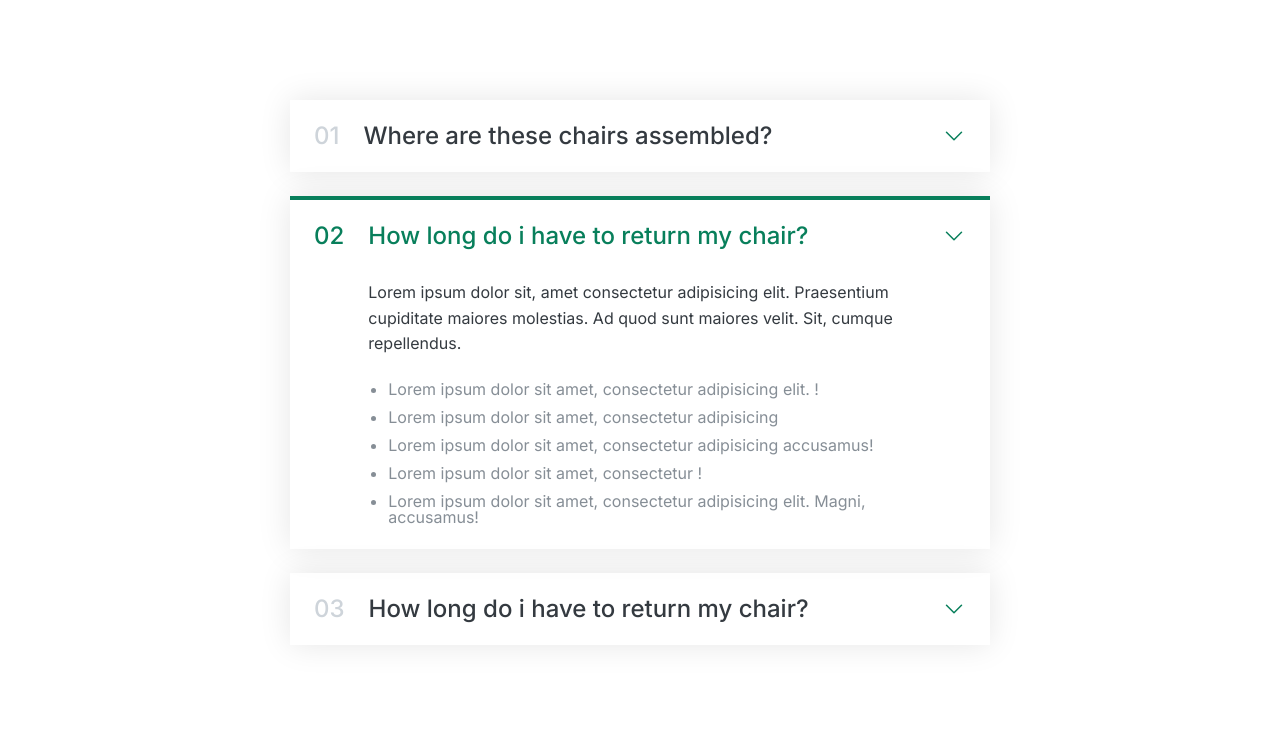
Repository: sunny070/CSS
Page: HTML and CSS some of the important components/01_accordion.html
An editor plug-in stored every save of this project. The page is shown before and after the next save, followed by the edit.
The browser window is 1280 px wide. The pictures show the whole page.

Above is the page before, as saved 2023-11-20 13:09:19.

### HTML and CSS some of the important components/01_accordion.html
<!DOCTYPE html>
<html lang="en">
  <head>
    <meta charset="UTF-8" />
    <meta name="viewport" content="width=device-width, initial-scale=1.0" />
    <title>Accordion Components</title>
    <link
      href="https://fonts.googleapis.com/css2?family=Inter:wght@400;500;700&display=swap"
      rel="stylesheet"
    />
    <style>
      /*
    SPACING SYSTEM (px)
    2 / 4 / 8 / 12 / 16 / 24 / 32 / 48 / 64 / 80 / 96 / 128

    FONT SIZE SYSTEM (px)
    10 / 12 / 14 / 16 / 18 / 20 / 24 / 30 / 36 / 44 / 52 / 62 / 74 / 86 / 98
    */

      /*
    MAIN COLOR: #087f5b
    GREY COLOR: #343a40
    */

      * {
        margin: 0;
        padding: 0;
        box-sizing: border-box;
      }

      /* ------------------------ */
      /* GENERAL STYLES */
      /* ------------------------ */
      body {
        font-family: "Inter", sans-serif;
        color: #343a40;
        line-height:1;
      }
      .accordion
      {
        width:700px;
        margin: 100px auto;
        display: flex;
        flex-direction: column;
        gap: 24px;

      }
      .item{
        box-shadow: 0 0 32px rgba(0,0,0,0.1);
        padding: 24px;
        display: grid;
        grid-template-columns: auto 1fr auto;
        column-gap:24px;
        row-gap: 32px;
        align-items:center;
      }
      .number ,.text{
        font-size: 24px;
        font-weight: 500;

      }
      .number{
        color:#ced4da;
      }

      .icon{
        width: 24px;
        height: 24px;
        stroke: #087f5b;
      }
      .hidden-box{
        grid-column: 2;
        display: none;
      }
      .hidden-box p{
        line-height: 1.6;
        margin-bottom: 24px;
      }
      .hidden-box ul{
        color:#868e96;
        margin-left: 20px;
        display:flex;
        flex-direction: column;
        gap: 12px;

      }
      .open{
        border-top: 4px solid #087f5b;
      }
      .open .hidden-box{
        display: block ;
      }
      .open .number, .open .text{
        color:#087f5b;
      }
      /* .hidden-box li{
        margin-bottom: 12px;
      } */
    </style>
  </head>
  <body>
    <div class="accordion">
      <div class="item">
      <p class="number"> 01</p>
      <p class="text">Where are these chairs assembled?</p>
      <svg class="icon" xmlns="http://www.w3.org/2000/svg" fill="none" viewBox="0 0 24 24" stroke-width="1.5" stroke="currentColor" class="w-6 h-6">
        <path stroke-linecap="round" stroke-linejoin="round" d="M19.5 8.25l-7.5 7.5-7.5-7.5" />
      </svg>
      <div class="hidden-box">
        <p>Lorem ipsum dolor sit, amet consectetur adipisicing elit. Praesentium cupiditate maiores molestias. Ad quod sunt maiores velit. Sit, cumque repellendus.</p>
        <ul>
          <li>Lorem ipsum dolor sit amet, consectetur adipisicing elit. !</li>
          <li>Lorem ipsum dolor sit amet, consectetur adipisicing</li>
          <li>Lorem ipsum dolor sit amet, consectetur adipisicing  accusamus!</li>
          <li>Lorem ipsum dolor sit amet, consectetur !</li>
          <li>Lorem ipsum dolor sit amet, consectetur adipisicing elit. Magni, accusamus!</li>

        </ul>
      </div>
      </div>


  <div class="item open">
  <p class="number"> 02</p>
  <p class="text">How long do i have to return my chair?</p>
  <svg class="icon" xmlns="http://www.w3.org/2000/svg" fill="none" viewBox="0 0 24 24" stroke-width="1.5" stroke="currentColor" class="w-6 h-6">
    <path stroke-linecap="round" stroke-linejoin="round" d="M19.5 8.25l-7.5 7.5-7.5-7.5" />
  </svg>
  <div class="hidden-box">
    <p>Lorem ipsum dolor sit, amet consectetur adipisicing elit. Praesentium cupiditate maiores molestias. Ad quod sunt maiores velit. Sit, cumque repellendus.</p>
    <ul>
      <li>Lorem ipsum dolor sit amet, consectetur adipisicing elit. !</li>
      <li>Lorem ipsum dolor sit amet, consectetur adipisicing</li>
      <li>Lorem ipsum dolor sit amet, consectetur adipisicing  accusamus!</li>
      <li>Lorem ipsum dolor sit amet, consectetur !</li>
      <li>Lorem ipsum dolor sit amet, consectetur adipisicing elit. Magni, accusamus!</li>

    </ul>
  </div>
  </div>


  <div class="item">
  <p class="number"> 03</p>
  <p class="text">How long do i have to return my chair?</p>
  <svg class="icon" xmlns="http://www.w3.org/2000/svg" fill="none" viewBox="0 0 24 24" stroke-width="1.5" stroke="currentColor" class="w-6 h-6">
    <path stroke-linecap="round" stroke-linejoin="round" d="M19.5 8.25l-7.5 7.5-7.5-7.5" />
  </svg>
  <div class="hidden-box">
    <p>Lorem ipsum dolor sit, amet consectetur adipisicing elit. Praesentium cupiditate maiores molestias. Ad quod sunt maiores velit. Sit, cumque repellendus.</p>
    <ul>
      <li>Lorem ipsum dolor sit amet, consectetur adipisicing elit. !</li>
      <li>Lorem ipsum dolor sit amet, consectetur adipisicing</li>
      <li>Lorem ipsum dolor sit amet, consectetur adipisicing  accusamus!</li>
      <li>Lorem ipsum dolor sit amet, consectetur !</li>
      <li>Lorem ipsum dolor sit amet, consectetur adipisicing elit. Magni, accusamus!</li>

    </ul>
  </div>
  </div>

</div>


<!-- <script>
  const btn = document.querySelector('.icon');
  const change = document.querySelector('.text')

  btn.addEventListener('click',function(){
    change.add('open');
  })
</script> -->
  </body>
</html>

After the next save:
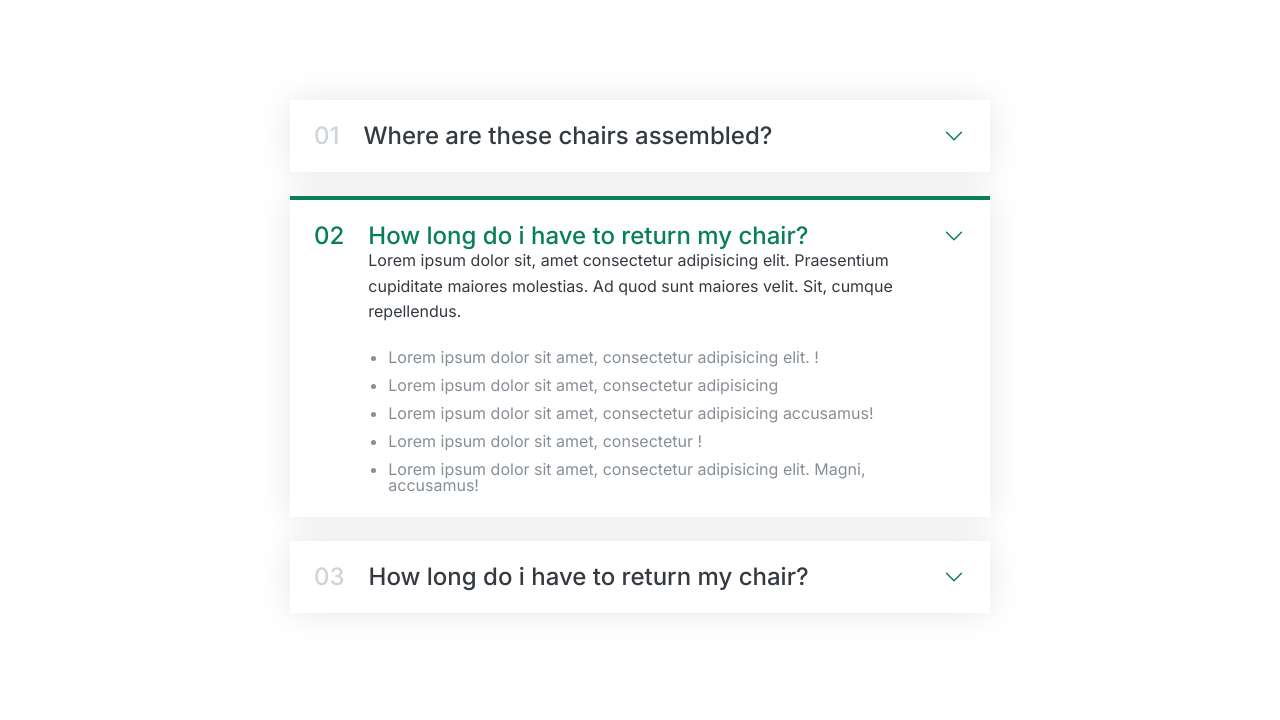
Saved 5 s later.
--- a/HTML and CSS some of the important components/01_accordion.html
+++ b/HTML and CSS some of the important components/01_accordion.html
@@ -51,7 +51,7 @@
         display: grid;
         grid-template-columns: auto 1fr auto;
         column-gap:24px;
-        row-gap: 32px;
+
         align-items:center;
       }
       .number ,.text{

After the save that followed:
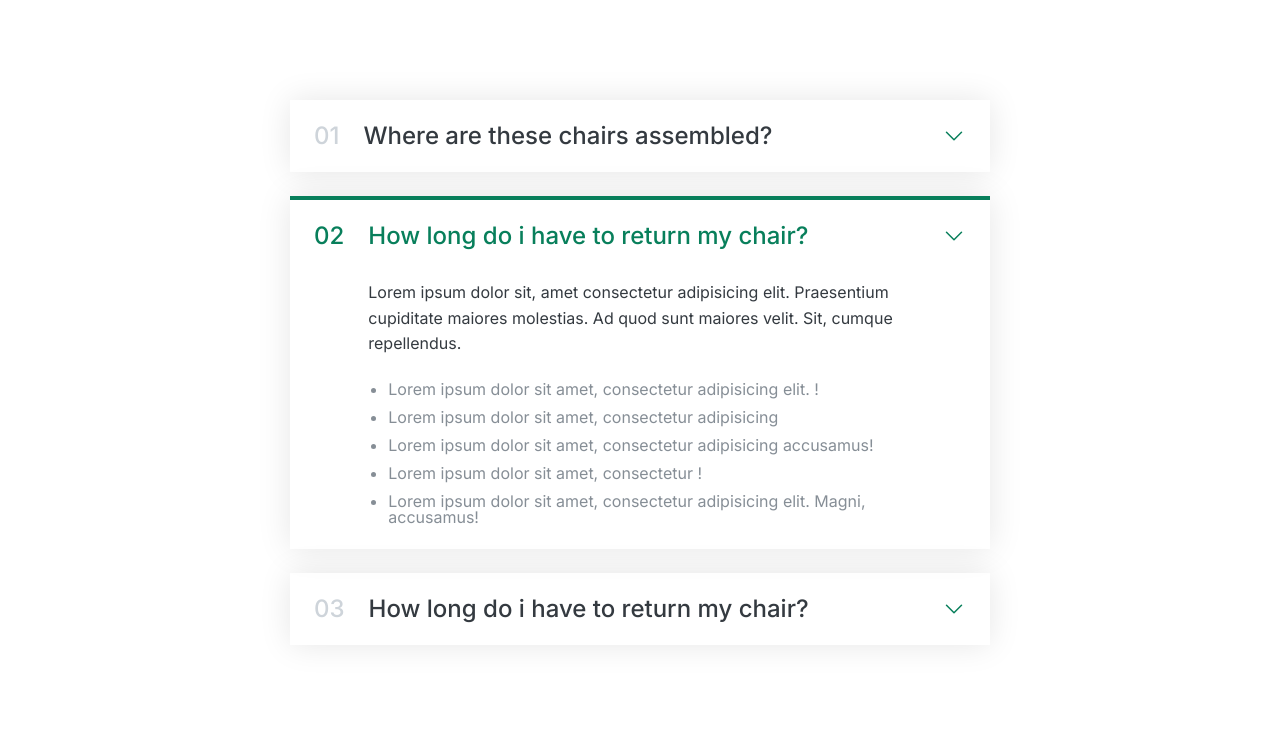
Saved 4 s later.
--- a/HTML and CSS some of the important components/01_accordion.html
+++ b/HTML and CSS some of the important components/01_accordion.html
@@ -51,7 +51,7 @@
         display: grid;
         grid-template-columns: auto 1fr auto;
         column-gap:24px;
-
+        row-gap: 32px;
         align-items:center;
       }
       .number ,.text{
